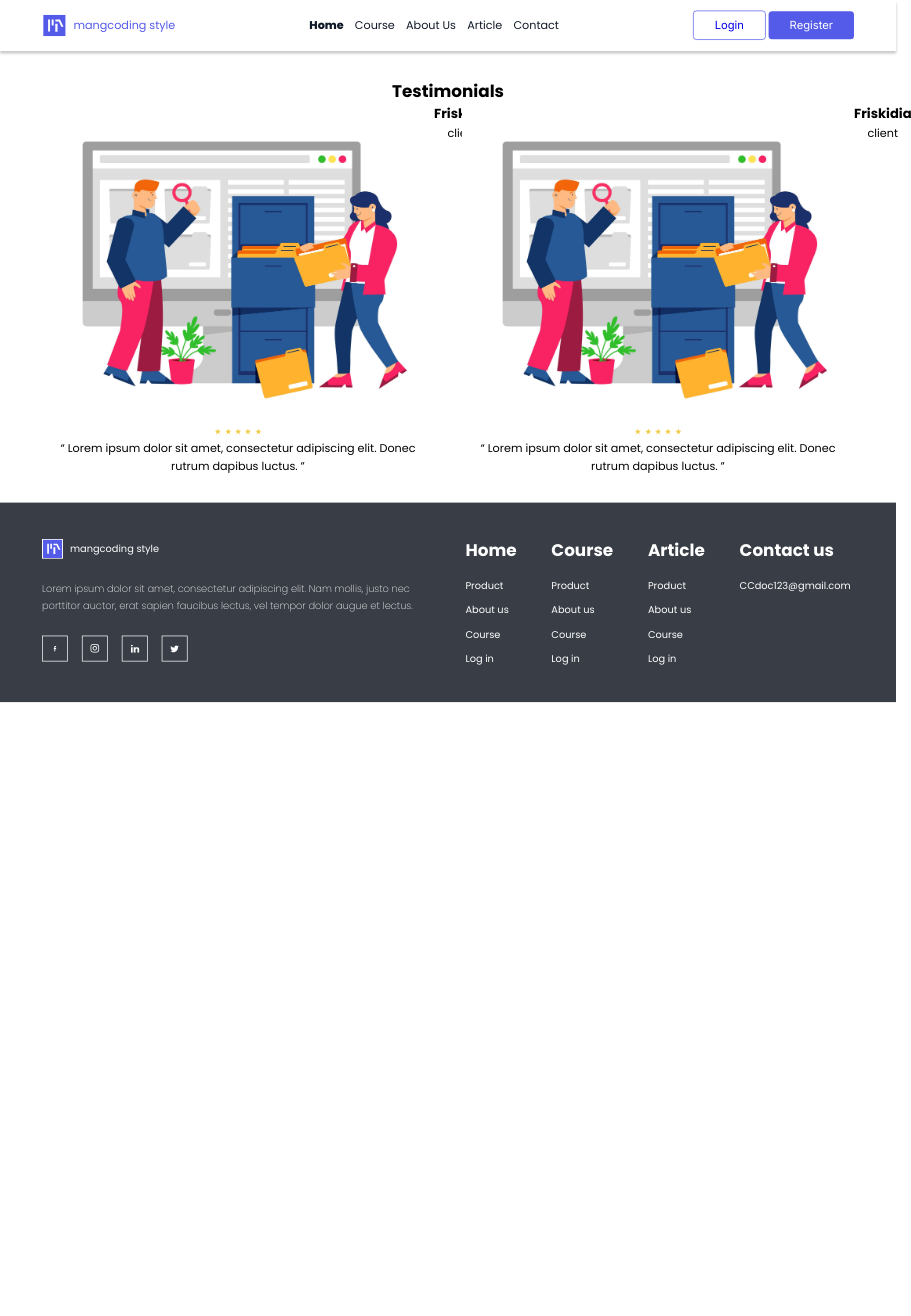
Repository: Dania-Alqam/landing-page
Page: index.html
An editor plug-in stored every save of this project. The page is shown before and after the next save, followed by the edit.
The browser window is 1280 px wide. The page is 1302 px wide, so the pictures cover 1302 px, including what lies to the right of the window. The pictures show the part of the page from y = 0 to 1880 px (the page is 5000 px tall), at 70% of full size.

Above is the page before, as saved 2024-06-22 01:10:27.

After the next save:
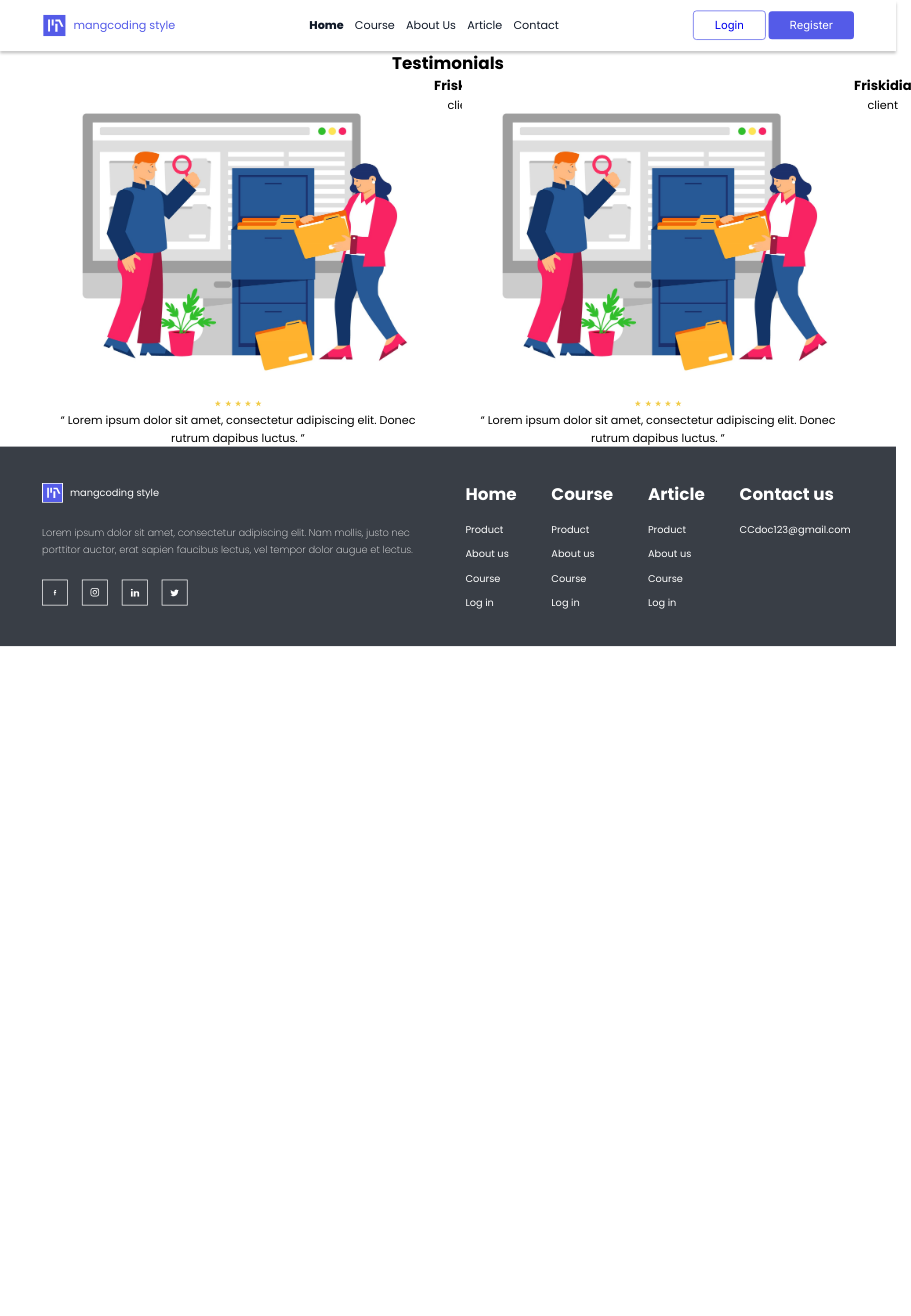
Saved 19 s later.
--- a/assests/css/main.css
+++ b/assests/css/main.css
@@ -64,7 +64,7 @@
   }
   .testimonials{
     text-align: center;
-    padding: 40px 0;
+    /* padding: 40px 0; */
   }
   .testimonials .row{
     gap: 40px;

After the save that followed:
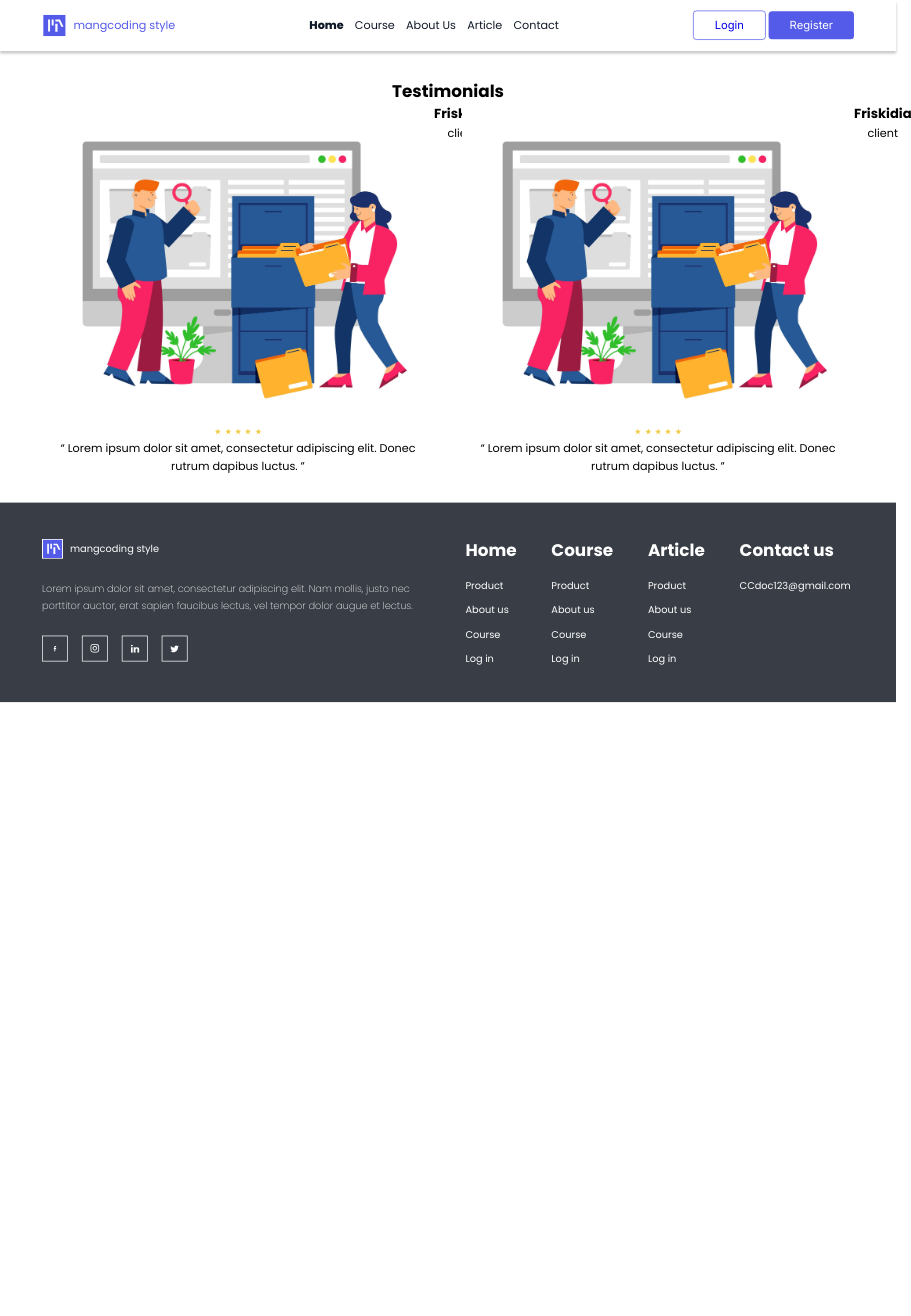
Saved 39 s later.
--- a/assests/css/main.css
+++ b/assests/css/main.css
@@ -64,7 +64,7 @@
   }
   .testimonials{
     text-align: center;
-    /* padding: 40px 0; */
+    padding: 40px 0;
   }
   .testimonials .row{
     gap: 40px;
